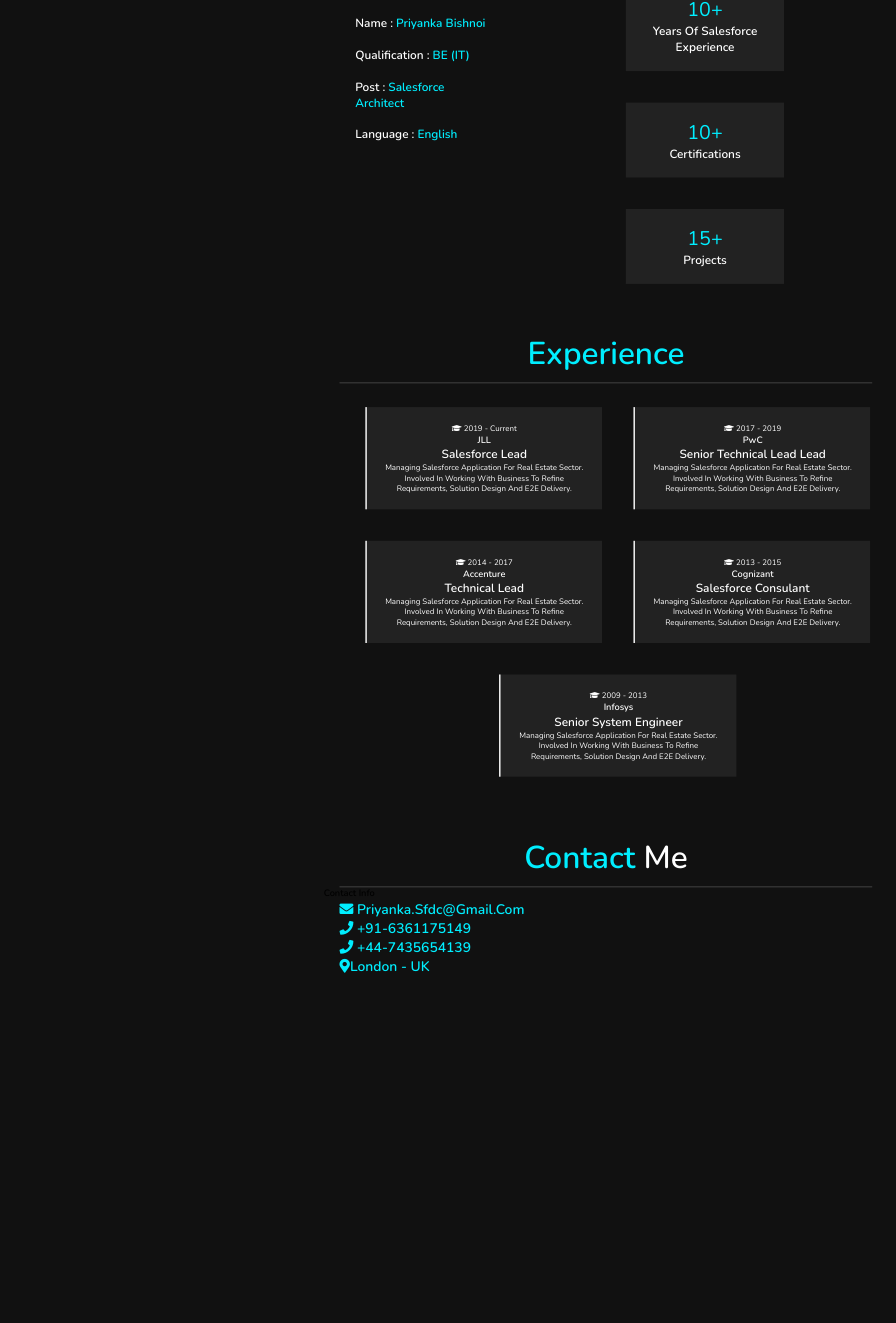
Repository: priyanka-bishnoi/PortfolioPage
Page: MyPage.html
These files come from the project's save history. The page is drawn as it stood at one moment and after the next save; the edit follows.
The browser window is 1280 px wide. The pictures show the part of the page from y = 1032 to 2952 px (the page is 2922 px tall before and 2952 px after), at 70% of full size.

Above is the page before, as saved 2022-10-09 15:17:06.

### MyPage.html
<!DOCTYPE html>
<html>
<head>
     <!-- font awesome cdn link  -->
     <link rel="stylesheet" href="https://cdnjs.cloudflare.com/ajax/libs/font-awesome/5.15.2/css/all.min.css">
    <link rel="stylesheet" href="css/style.css">

</head>
<body>
<header>
    <div class= "user">
        <img src="Background1.jpg"/>
        <h1 class="name" >Priyanka Bishnoi</h1>
        <p class="post" >Salesforce Consultant</p>
    </div>

    <nav class="navBar">
        <ul>
            <li> <a href="#home">Home</a></li>
            <li> <a href="#about">About</a></li>
            <li> <a href="#experience">Experience</a></li>
            <li> <a href="#portfolio">Portfolio</a></li>
            <li> <a href="#contact">Contact</a></li>

        </ul>


    </nav>


</header>

<!-- Home-->

<section class="home" id="home">

    <h3>HI THERE !</h3>
    <h1>I'M <span>Priyanka Bishnoi</span></h1>
    <p>Lorem ipsum dolor sit amet consectetur adipisicing elit. Distinctio deserunt aspernatur fugiat minus enim ullam repudiandae sint sed magnam tenetur! Lorem ipsum dolor sit amet consectetur adipisicing elit. Necessitatibus, at.
    </p>
    <a href="#about"><button class="btn">about me </button></a>


</section>

<section class="about" id="about">
<h1 class="heading"> <span>About </span>Me</h1>

<div class="row">
    <div class="info">
        <h3>  name : <span> priyanka bishnoi </span></h3>
        <h3> qualification :  <span> BE (IT) </span> </h3>
        <h3>  post : <span>Salesforce Architect </span>  </h3>
        <h3> language :<span> English  </span>  </h3>
    </div>

    <div class="counter">
        <div class="box">
            <span>13+</span>
            <h3>years of IT experience</h3>
        </div>

        <div class="box">
            <span>10+</span>
            <h3>years of Salesforce Experience</h3>
        </div>

        <div class="box">
            <span>10+</span>
            <h3>Certifications</h3>
        </div>

        <div class="box">
            <span>15+</span>
            <h3>Projects</h3>
        </div>
    </div>
</div>
</section>

<section class="experience" id="experience">

        <h1 class="heading"> <span>Experience </span></h1>

        <div class="exp">
                <div class="box">
                    <i class="fas fa-graduation-cap"></i>
                    <span>2019 - Current</span>
                    <h3>JLL</h3>
                    <h2>Salesforce Lead</h2>
                    <p>Managing Salesforce application for Real Estate Sector. Involved in working with business to refine requirements, solution design and E2E delivery.</p>
                </div>
                <div class="box">
                    <i class="fas fa-graduation-cap"></i>
                    <span>2017 - 2019</span>
                    <h3>PwC</h3>
                    <h2>Senior Technical Lead Lead</h2>
                    <p>Managing Salesforce application for Real Estate Sector. Involved in working with business to refine requirements, solution design and E2E delivery.</p>
                </div>
                <div class="box">
                    <i class="fas fa-graduation-cap"></i>
                    <span>2014 - 2017</span>
                    <h3>Accenture</h3>
                    <h2>Technical Lead</h2>
                    <p>Managing Salesforce application for Real Estate Sector. Involved in working with business to refine requirements, solution design and E2E delivery.</p>
                </div>
                <div class="box">
                    <i class="fas fa-graduation-cap"></i>
                    <span>2013 - 2015</span>
                    <h3>Cognizant</h3>
                    <h2>Salesforce Consulant</h2>
                    <p>Managing Salesforce application for Real Estate Sector. Involved in working with business to refine requirements, solution design and E2E delivery.</p>
                </div>
                <div class="box">
                    <i class="fas fa-graduation-cap"></i>
                    <span>2009 - 2013</span>
                    <h3>Infosys</h3>
                    <h2>Senior System Engineer</h2>
                    <p>Managing Salesforce application for Real Estate Sector. Involved in working with business to refine requirements, solution design and E2E delivery.</p>
                </div>


        </div>

</section>


<section class="contact" id="contact">
    <h1 class="heading"> <span>Contact </span>Me</h1>

    <div class="row">
        <div class="content">

            <h3 class="title">contact info</h3>

            <div class="info">
                <h3> <i class="fas fa-envelope"></i> priyanka.sfdc@gmail.com </h3>
                <h3> <i class="fas fa-phone"></i> +91-6361175149</h3>
                <h3> <i class="fas fa-phone"></i> +44-7435654139 </h3>
                <h3> <i class="fas fa-map-marker-alt"></i>London - UK </h3>
            </div>

        </div>
    </div>
</section>


</body>
</html>

### css/style.css
@import url('https://fonts.googleapis.com/css2?family=Nunito:wght@200;300;400;600&display=swap');
:root{
    --orange:rgb(0, 238, 255);
}
*{
    font-family: 'Nunito', sans-serif;
    margin:0;
    padding:0;
    box-sizing:border-box;
    text-decoration:none;
    text-transform:capitalize;
    transition:all .2s linear;
}
html {
    font-size:70.5%;
    overflow-x:hidden;
}
body{
    background:#111;
    overflow-x: hidden;
    padding-left: 40rem;
}

section{
    min-height: 100vh;
    padding:1rem;
}

.btn{
    padding:.7rem 3rem;
    background:#333;
    color:#fff;
    cursor: pointer;
    margin-top: 1rem;
    font-size: 1.5rem;
    border-radius: 5rem;
}

.btn:hover{
    background:var(--orange);
}

.heading{
    text-align: center;
    margin:0 2rem;
    font-size: 4rem;
    padding:1rem;
    border-bottom: .1rem solid #fff4;
    color:#fff;
}

.heading span{
    color:var(--orange);
}

header {
    position:fixed;
    top:0; left:0;
    z-index:1000;
    height:100%;
    width:35rem;
    background:black;
    display:flex;
    align-items: center;
    justify-content: center;
    flex-flow: column;
    text-align: center;
}

header .user img {
    height: 17rem;
    width: 17rem;
    border-radius: 50%;
    object-fit: cover;
    margin-bottom: 1rem;
    border: 0.7rem solid var(--orange);
}
header .user .name {
    font-size: 2.5rem;
    color: antiquewhite;
}
header .user .post{
    font-size: 2rem;
    color: antiquewhite;
}

header .navBar {
    font-size : 2rem;
}
header .navBar ul{
    list-style: none;
    padding:1rem 2rem;
}
header .navBar ul li a{
    display: block;
    padding:1rem;
    margin:1.5rem 0;
    background:#333;
    color:#fff;
    font-size: 1.5rem;
    border-radius: 5rem;
}

header .navBar ul li a:hover{
    background:rgb(0, 238, 255);
}


.home{
    display: flex;
    justify-content: center;
    flex-flow: column;
    padding:0 15rem;
}

.home h3{
    font-size: 2rem;
    color:#fff;
}

.home h1{
    font-size:2rem;
    color:#fff;
}

.home h1 span{
    color:var(--orange);
}

.home p{
    font-size:1.8rem;
    color:#eee;
    padding: 1rem 0;
}

.about {
 color:white;
}
.about .row {
    display: flex;
    justify-content: flex-start;
    flex-wrap: nowrap;
    padding: 1rem 0;
    flex-direction: row;
    align-content: space-around;
    align-items: center;
}
.about .row .info {

    display: block;
    justify-content: center;
    padding-left: 1rem;
    padding-top: 0rem;
    padding-right: 1rem;
    margin: 0 1rem;
    font-size: 1.5rem;

}
.about h3 span{
    color:var(--orange);
}
.about .row .info h3 {

    display: block;
    justify-content: center;
    padding: 1rem;
    margin: 0 1rem;
    font-size: 1.5rem;

}

.about .row .counter{
    flex:1 1 48rem;
    display: flex;
    justify-content: center;
    flex-wrap: wrap;
}

.about .row .counter .box{
    width:20rem;
    background:#222;
    text-align: center;
    padding: 2rem;
    margin:2rem;
}

.about .row .counter .box span{
    font-size: 2.5rem;
    color:var(--orange);
}

.about .row .counter .box h3{
    font-size: 1.5rem;
    color:#fff;
}

.experience {
    color:white;
   }
.experience .exp {
    display: flex;
    justify-content: center;
    flex-wrap: wrap;
    padding: 1rem 0;
    padding-left: 3rem;
    /* flex-direction: row; */
    /* align-content: space-around; */
    align-items: center;
}

.experience .exp .box {
    width: 30rem;
    background: #222;
    text-align: center;
    padding: 2rem;
    margin: 2rem;
    border-left: .2rem solid #fff;
    position: relative;
}



.contact .row .content .info {

    display: block;
    justify-content: center;
    padding-left: 1rem;
    padding-top: 0rem;
    padding-right: 1rem;
    margin: 0 1rem;
    font-size: 1.5rem;
    color:var(--orange);

}
.contact h3 span{
    color:var(--orange);
}

After the next save:
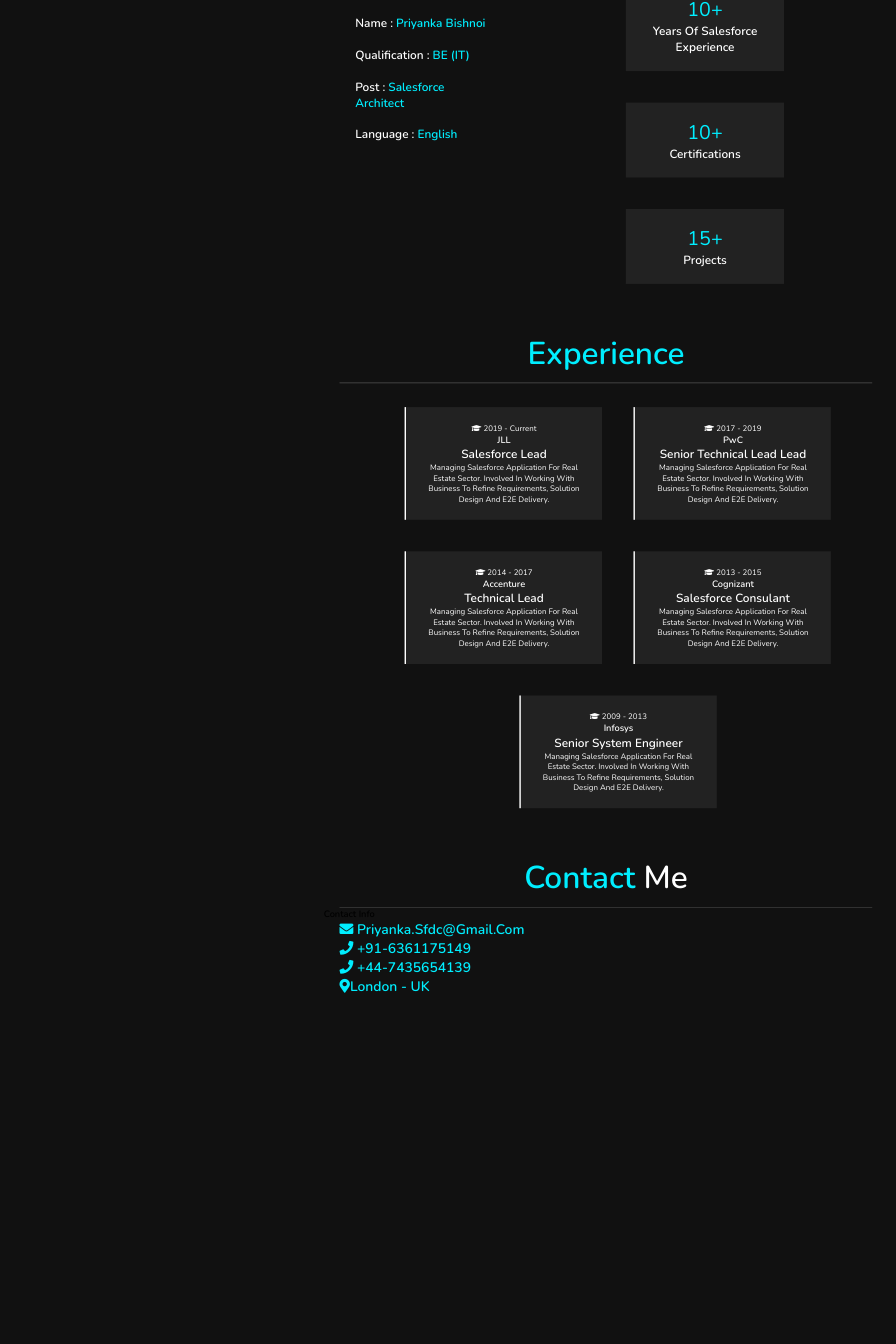
Saved 75 s later.
--- a/css/style.css
+++ b/css/style.css
@@ -209,7 +209,7 @@ header .navBar ul li a:hover{
 }
 
 .experience .exp .box {
-    width: 30rem;
+    width: 25rem;
     background: #222;
     text-align: center;
     padding: 2rem;
